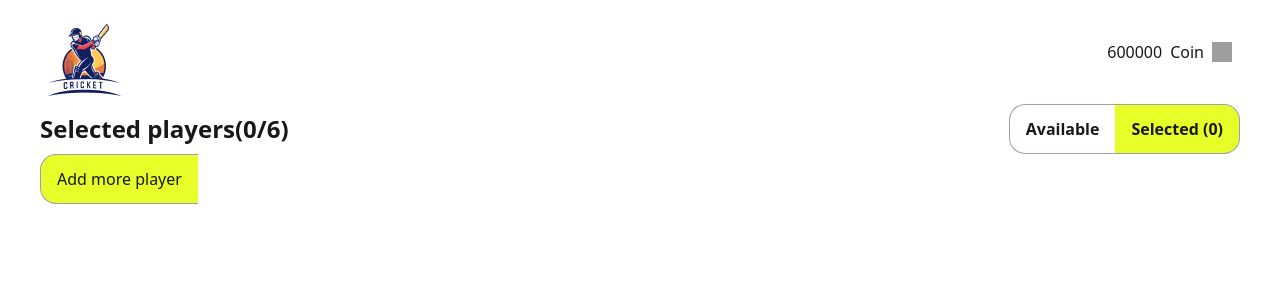
Repository: SanjidaSnigdha/Select-your-eleven
Page: /, after clicking the first element matching `button.rounded-r-2xl`
These files come from the project's save history. The page is drawn as it stood at one moment and after the next save; the edit follows.
The browser window is 1280 px wide. The pictures show the whole page.
Pictures or frames that could not be fetched are drawn as grey boxes. The project was rebuilt for these pictures with package versions that can differ from the ones it lists, and the page was loaded fresh each time. Also part of the build but not shown: vite.config.js, src/App.css, src/components/SelectedCard/SelectedCard.jsx.

Above is the page before, as saved 2026-03-21 22:41:28.

After the next save:
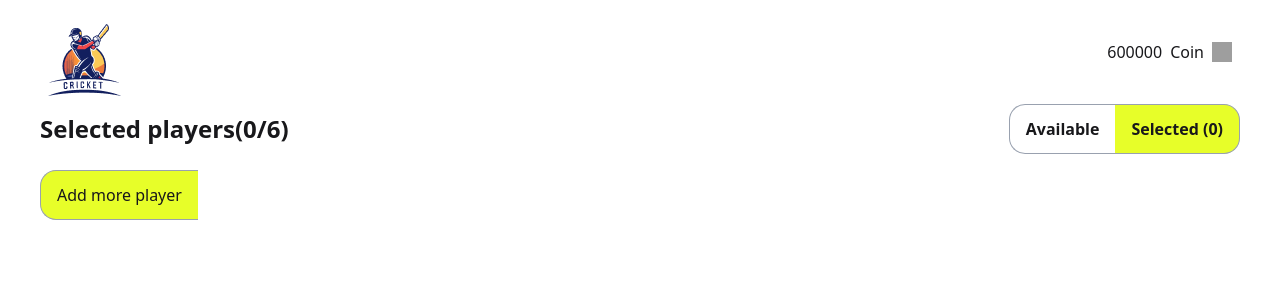
Saved 72 s later.
--- a/src/components/SelectedPlayers/SelectedPlayers.jsx
+++ b/src/components/SelectedPlayers/SelectedPlayers.jsx
@@ -8,7 +8,7 @@ const SelectedPlayers = ({purchasedPlayers,removePlayer,setToggle}) => {
             {
                 purchasedPlayers.map(player=><SelectedCard removePlayer={removePlayer} player={player}></SelectedCard>)
             }
-         <button onClick={()=>setToggle(true)} className={"py-3 px-4 border-1 border-gray-400 rounded-l-2xl border-r-0 bg-[#E7FE29]"}>Add more player</button>
+         <button onClick={()=>setToggle(true)} className={"py-3 px-4  mt-4 border-1 border-gray-400 rounded-l-2xl border-r-0 bg-[#E7FE29]"}>Add more player</button>
         </div>
 
     );
